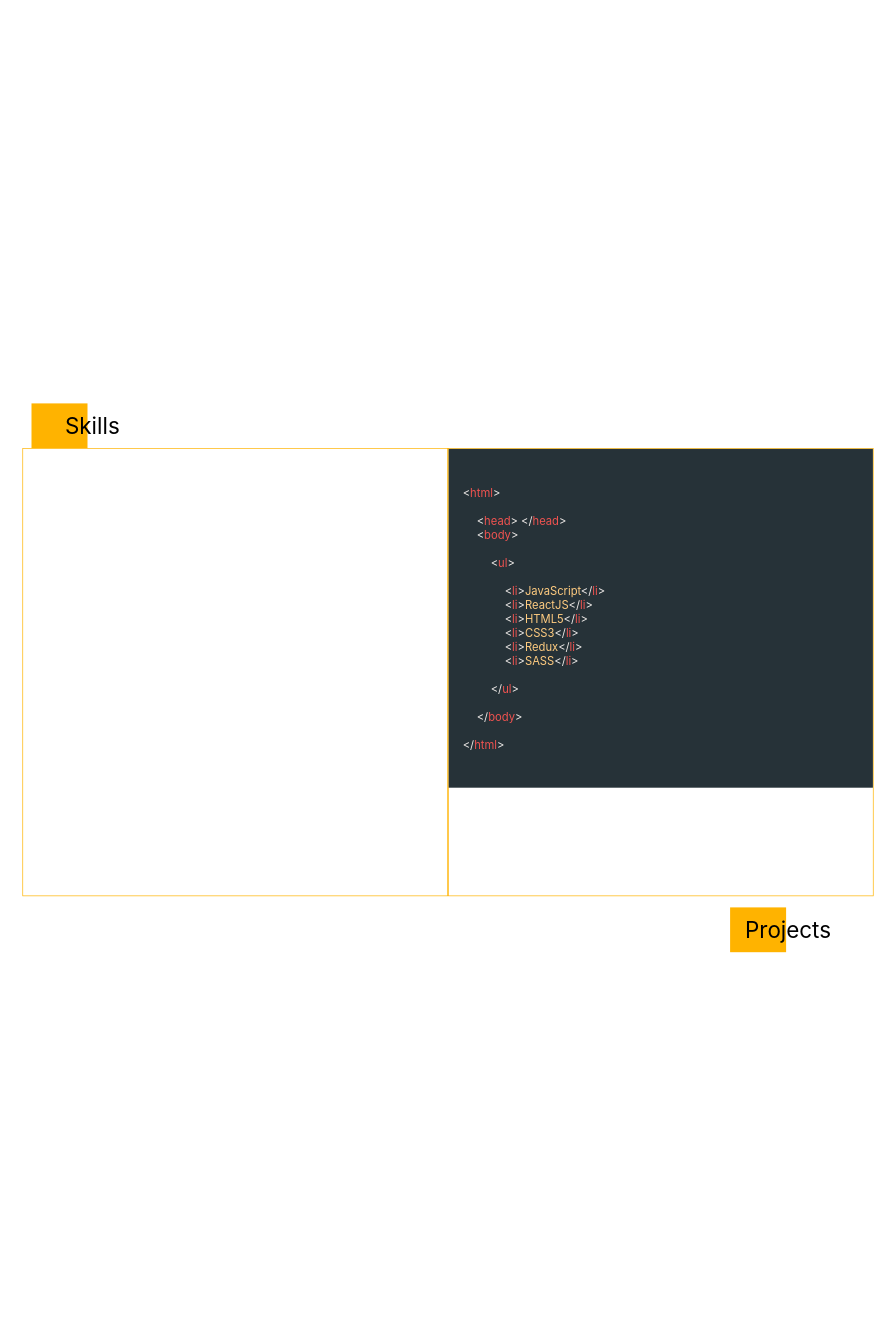
Repository: SebastianArmata22/Portfolio
Page: /
These files come from the project's save history. The page is drawn as it stood at one moment and after the next save; the edit follows.
The browser window is 1280 px wide. The pictures show the part of the page from y = 895 to 2815 px (the page is 3664 px tall), at 70% of full size.
The project was rebuilt for these pictures with package versions that can differ from the ones it lists, and the page was loaded fresh each time.

Above is the page before, as saved 2021-02-24 18:12:26.

### public/index.html
<!DOCTYPE html>
<html lang="en">
  <head>
    <meta charset="utf-8" />
    <link rel="icon" href="%PUBLIC_URL%/favicon.ico" />
    <meta name="viewport" content="width=device-width, initial-scale=1" />
    <meta name="theme-color" content="#000000" />
    <meta
      name="description"
      content="Web site created using create-react-app"
    />
    <link rel="apple-touch-icon" href="%PUBLIC_URL%/logo192.png" />
    <!--
      manifest.json provides metadata used when your web app is installed on a
      user's mobile device or desktop. See https://developers.google.com/web/fundamentals/web-app-manifest/
    -->
    <link rel="manifest" href="%PUBLIC_URL%/manifest.json" />
    <!--
      Notice the use of %PUBLIC_URL% in the tags above.
      It will be replaced with the URL of the `public` folder during the build.
      Only files inside the `public` folder can be referenced from the HTML.

      Unlike "/favicon.ico" or "favicon.ico", "%PUBLIC_URL%/favicon.ico" will
      work correctly both with client-side routing and a non-root public URL.
      Learn how to configure a non-root public URL by running `npm run build`.
    -->
    <title>Sebastian Armata</title>
  </head>
  <body>
    <noscript>You need to enable JavaScript to run this app.</noscript>
    <div id="root"></div>
    <!--
      This HTML file is a template.
      If you open it directly in the browser, you will see an empty page.

      You can add webfonts, meta tags, or analytics to this file.
      The build step will place the bundled scripts into the <body> tag.

      To begin the development, run `npm start` or `yarn start`.
      To create a production bundle, use `npm run build` or `yarn build`.
    -->
  </body>
</html>

### src/App.js
import './App.css'
//components
import Header from './components/header/Header'
import MainPage from './components/mainPage/MainPage'
import Skills from './components/skills/Skills'
import AboutMe from './components/aboutMe/AboutMe'
import Contact from './components/contact/Contact'
import Footer from './components/footer/Footer'
import Projects from './components/projects/Projects'

function App() {
  return (
    <div className="App">
      <header>
        <Header />
      </header>
      <main>
        <MainPage />
        <AboutMe />
        <Skills />
        <Projects />
        <Contact />
      </main>
      <footer>
        <Footer />
      </footer>
    </div>
  );
}

export default App;

### src/App.css
html, body,*{
    margin: 0;
    padding: 0;

}
*{
    box-sizing: border-box;
}

### src/components/header/Header.js
import classes from './header.module.scss'
import React from 'react'
import logo from '../../icons/logo_armata.svg'

const Header = ()=>{
    return(
        <div className={classes.header}>
            <img src={logo} alt="logo"></img>
            <ul>
                <li>About me</li>
                <li>Skills</li>
                <li>Projects</li>
                <li>Contact</li>
            </ul>
        </div>
    )
}
export default Header

### src/components/mainPage/MainPage.js
import classes from './mainPage.module.scss'
import React from 'react'

const MainPage = ()=>{
    return(
        <div className={classes.main_page_container}>
            <div>
                <p><span>Hello,</span></p>
                <p>I'm Sebastian Armata</p>
                <p>A Frontend <span>Developer</span></p>
            </div>
            <div></div>
        </div>
    )
}
export default MainPage

### src/components/skills/Skills.js
import classes from './skills.module.scss'
import React from 'react'
import ConsoleSkills from '../consoleSkills/ConsoleSkills'

const Skills = ()=>{

    return(
        <div className={classes.skills}>
            <header>
                <p>Skills</p>
            </header>
            <main>
                <div></div>
                <div>
                    <ConsoleSkills />
                </div>
            </main>
        </div>
    )
}
export default Skills

### src/components/aboutMe/AboutMe.js
import classes from './aboutme.module.scss'
import React from 'react'

const AboutMe = ()=>{
    return(
        <div className={classes.aboutMe}>
            <header>
                <p>About me</p>
            </header>
        </div>
    )
}
export default AboutMe

### src/components/contact/Contact.js
import classes from './contact.module.scss'
import React from 'react'

const Contact = ()=>{
    return(
        <div className={classes.contact}>
        <header>
            <p>Contact</p>
        </header>
    </div>
    )
}
export default Contact

### src/components/footer/Footer.js
import classes from './footer.module.scss'
import React from 'react'

const Footer = ()=>{
    return(
        <div className={classes.footer}>
            <p>Sebastian Armata </p>
        </div>
        )
}
export default Footer

### src/components/projects/Projects.js
import classes from './projects.module.scss'
import React from 'react'

const Projects = ()=>{
    return(
        <div className={classes.projects}>
            <header>
                <p>Projects</p>
            </header>
        </div>
    )
}
export default Projects

### src/components/header/header.module.scss
@import '../../variables.scss';

.header{
    height: 5rem;
    width: 100%;
    background-color: $third-main-color;
    display: flex;
    align-items: center;
    justify-content: space-between;
    padding: 1rem;
    img{
        padding: 0 2rem;
        height: 50px;
    }
    ul{
        display: flex;
        align-items: center;
        justify-content: space-between;
        width: 50%;
        li{
            list-style: none;
            text-align: center;
            color: $second-main-color;
            width: 10rem;
            font-size: 1rem;
            cursor: pointer;
            &:hover{
                color: $first-main-color;
            }
        }
    }
}

### src/components/mainPage/mainPage.module.scss
@import '../../variables.scss';

.main_page_container{
    height: calc(100vh - 5rem);
    width: 100%;
    background-color: $third-main-color;
    @include flex-container;
    padding: 3rem;
    div{
        width: 50%;
        height: 100%;
        display: flex;
        justify-content: center;
        flex-direction: column;
    }
    p{
        color: $second-main-color;
        font-size: 2rem;
        span{
            color: $first-main-color;
            font-size: 3rem;
        }
    }
}

### src/components/skills/skills.module.scss
@import '../../variables.scss';
.skills{
    width: 100%;
    height: 100vh;
    padding: 2rem;
    header{
        @include flex-container;
        p{
            position: relative;
            font-size: 2rem;
            height: 4rem;
            width: 90%;
            display: flex;
            align-items: center;
            &::after{
                display: block;
                content: "";
                    width: 5rem;
                    height: 100%;
                    z-index: -1;
                    position: absolute;
                    top:0;
                    left: -3rem;
                    background-color: $first-main-color;
            }
        }
    }
    main{
        display: flex;
        >div{
            width: 50%;
            height: calc(100vh - 5rem);
            border: 1px solid $first-main-color;
        }
    }
}

### src/components/consoleSkills/ConsoleSkills.js
import classes from './consoleSkills.module.scss'
import React from 'react'

const ConsoleSkills=()=>{
    return(
        <div className={classes.console_content}>
                            <ul>
                                <li>&lt;<span className={classes.html_text}>html</span>&gt;</li>
                                <li>
                                  <ul className="no-top-padding">
                                    <li>
                                      &lt;<span className={classes.html_text}>head</span>&gt;
                                      &lt;/<span className={classes.html_text}>head</span>&gt;
                                    </li>
                                    <li>&lt;<span className={classes.html_text}>body</span>&gt;</li>
                                    <li>
                                      <ul className="no-top-padding">
                                        <li>&lt;<span className={classes.html_text}>ul</span>&gt;</li>
                                        <ul className="no-top-padding">
                                          <li>
                                            &lt;<span className={classes.html_text}>li</span>&gt;
                                            <span className={classes.html_text_2}>JavaScript</span>
                                            &lt;/<span className={classes.html_text}>li</span>&gt;</li>
                                          <li>
                                            &lt;<span className={classes.html_text}>li</span>&gt;
                                            <span className={classes.html_text_2}>ReactJS</span>
                                            &lt;/<span className={classes.html_text}>li</span>&gt;
                                          </li>
                                          <li>
                                            &lt;<span className={classes.html_text}>li</span>&gt;
                                            <span className={classes.html_text_2}>HTML5</span>
                                            &lt;/<span className={classes.html_text}>li</span>&gt;
                                          </li>
                                          <li>
                                            &lt;<span className={classes.html_text}>li</span>&gt;
                                            <span className={classes.html_text_2}>CSS3</span>
                                            &lt;/<span className={classes.html_text}>li</span>&gt;
                                          </li>
                                          <li>
                                            &lt;<span className={classes.html_text}>li</span>&gt;
                                            <span className={classes.html_text_2}>Redux</span>
                                            &lt;/<span className={classes.html_text}>li</span>&gt;
                                          </li>
                                          <li>
                                            &lt;<span className={classes.html_text}>li</span>&gt;
                                            <span className={classes.html_text_2}>SASS</span>
                                            &lt;/<span className={classes.html_text}>li</span>&gt;
                                          </li>
                                        </ul>
                                        <li>&lt;/<span className={classes.html_text}>ul</span>&gt;</li>
                                      </ul>
                                    </li>
                                    <li>&lt;/<span className={classes.html_text}>body</span>&gt;</li>
                                  </ul>
                                </li>
                                <li>&lt;/<span className={classes.html_text}>html</span>&gt;</li>
                            </ul>
                        </div>

    )
}
export default ConsoleSkills

### src/components/aboutMe/aboutme.module.scss
@import '../../variables.scss';

.aboutMe{
    width: 100%;
    height: 100vh;
    padding: 2rem;
    header{
        @include flex-container;
        p{
            position: relative;
            font-size: 2rem;
            height: 4rem;
            width: 90%;
            display: flex;
            align-items: center;
            justify-content: flex-end;
            &::after{
                display: block;
                content: "";
                    width: 5rem;
                    height: 100%;
                    z-index: -1;
                    position: absolute;
                    top:0;
                    right: -2rem;
                    background-color: $first-main-color;
            }
        }
    }
}

### src/components/contact/contact.module.scss
@import '../../variables.scss';
.contact{
    width: 100%;
    height: 100vh;
    padding: 2rem;
    header{
        @include flex-container;
        p{
            position: relative;
            font-size: 2rem;
            height: 4rem;
            width: 90%;
            display: flex;
            align-items: center;
            &::after{
                display: block;
                content: "";
                    width: 5rem;
                    height: 100%;
                    z-index: -1;
                    position: absolute;
                    top:0;
                    left: 4rem;
                    background-color: $first-main-color;
            }
        }
    }
}

### src/components/footer/footer.module.scss
@import '../../variables.scss';
.footer{
    height: 4rem;
    background-color: $first-main-color;
    @include flex-container;
    color: $second-main-color;
    font-size: 1.25rem;
}

### src/components/projects/projects.module.scss
@import '../../variables.scss';
.projects{
    width: 100%;
    height: 100vh;
    padding: 2rem;
    header{
        @include flex-container;
        p{
            position: relative;
            font-size: 2rem;
            height: 4rem;
            width: 90%;
            display: flex;
            align-items: center;
            justify-content: flex-end;
            &::after{
                display: block;
                content: "";
                    width: 5rem;
                    height: 100%;
                    z-index: -1;
                    position: absolute;
                    top:0;
                    right: 4rem;
                    background-color: $first-main-color;
            }
        }
    }
}

### src/variables.scss
$first-main-color: #FFB300;
$second-main-color: #fff;
$third-main-color:#000;
@mixin flex-container {
    display: flex;
    align-items: center;
    justify-content: center;
}

### src/components/consoleSkills/consoleSkills.module.scss
.console_content{
    background-color: #263238;
    padding: 2rem 0;
}
ul {
    list-style: none;
    color: #EFEBE9;
    padding-left: 20px;
    padding-right: 20px;
    margin-top: 20px;
    margin-bottom: 20px;
  }
.html_text {
    color: #EF5350;
  }
  .html_text_2 {
    color: #FFCC80;
  }

Loaded but not shown: src/index.js (common file); src/index.css (common file); src/reportWebVitals.js (common file)

After the next save:
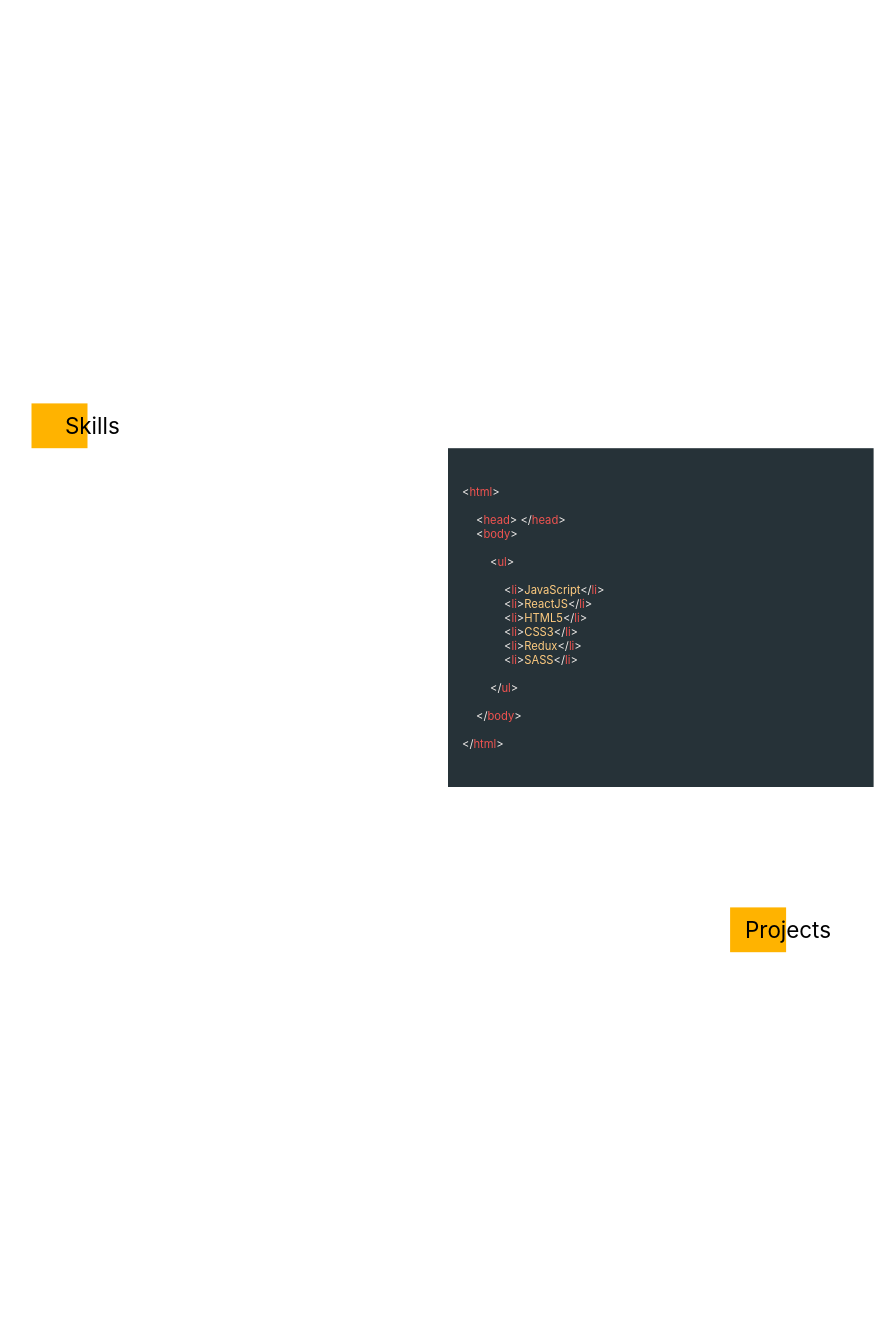
Saved 49 s later.
--- a/src/components/skills/skills.module.scss
+++ b/src/components/skills/skills.module.scss
@@ -30,7 +30,6 @@
         >div{
             width: 50%;
             height: calc(100vh - 5rem);
-            border: 1px solid $first-main-color;
         }
     }
 }
